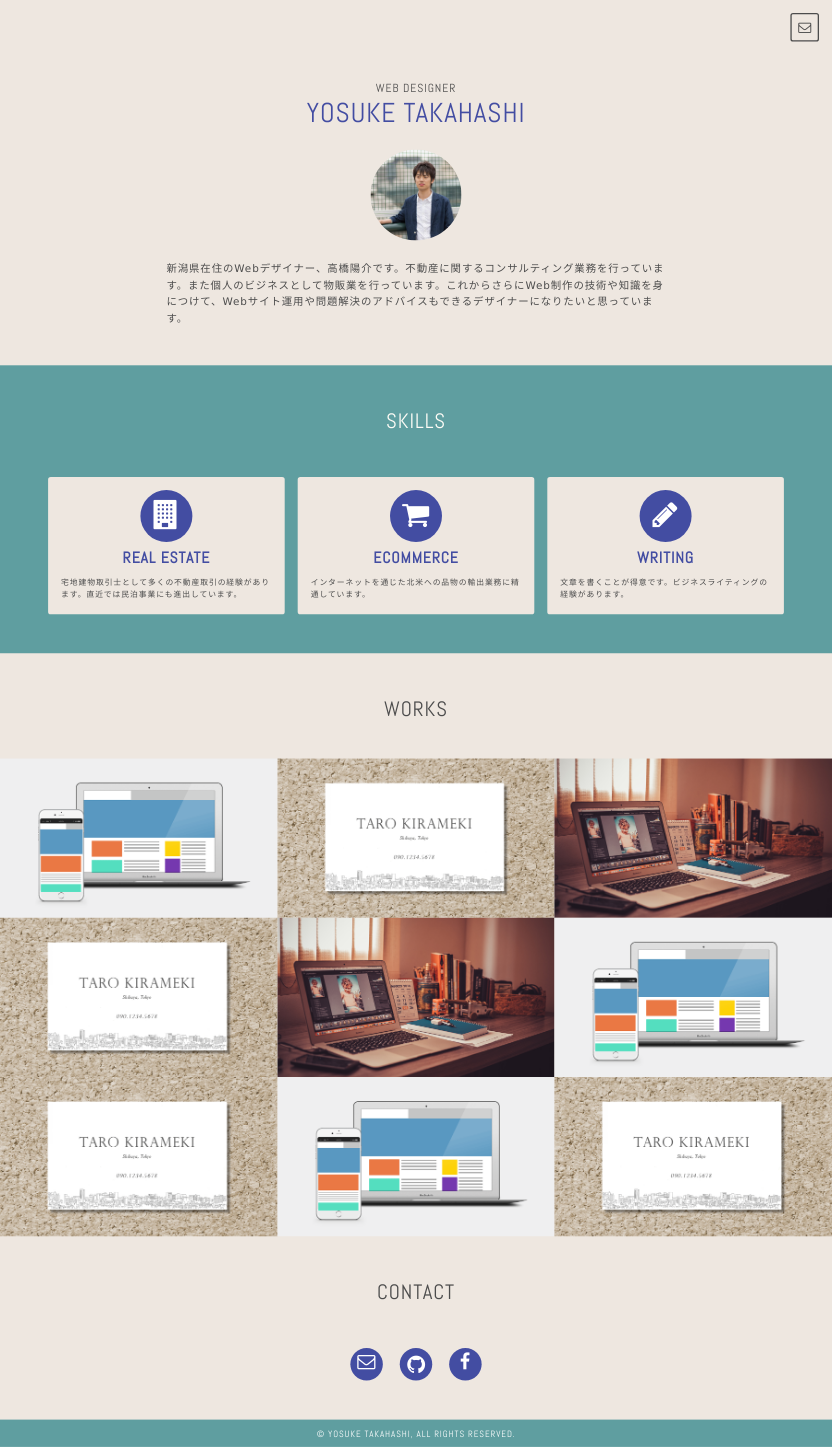
Repository: ysktkhs/responsive-site
Page: environment/portfolio/index.html
The author's editor kept a record of every edit. The page is drawn from the files as they stood at one moment, then again after the next edit.
The browser window is 1280 px wide. The pictures show the whole page, at 65% of full size.
Some web libraries are served in a nearby version.

Above is the page before.

After the next edit:
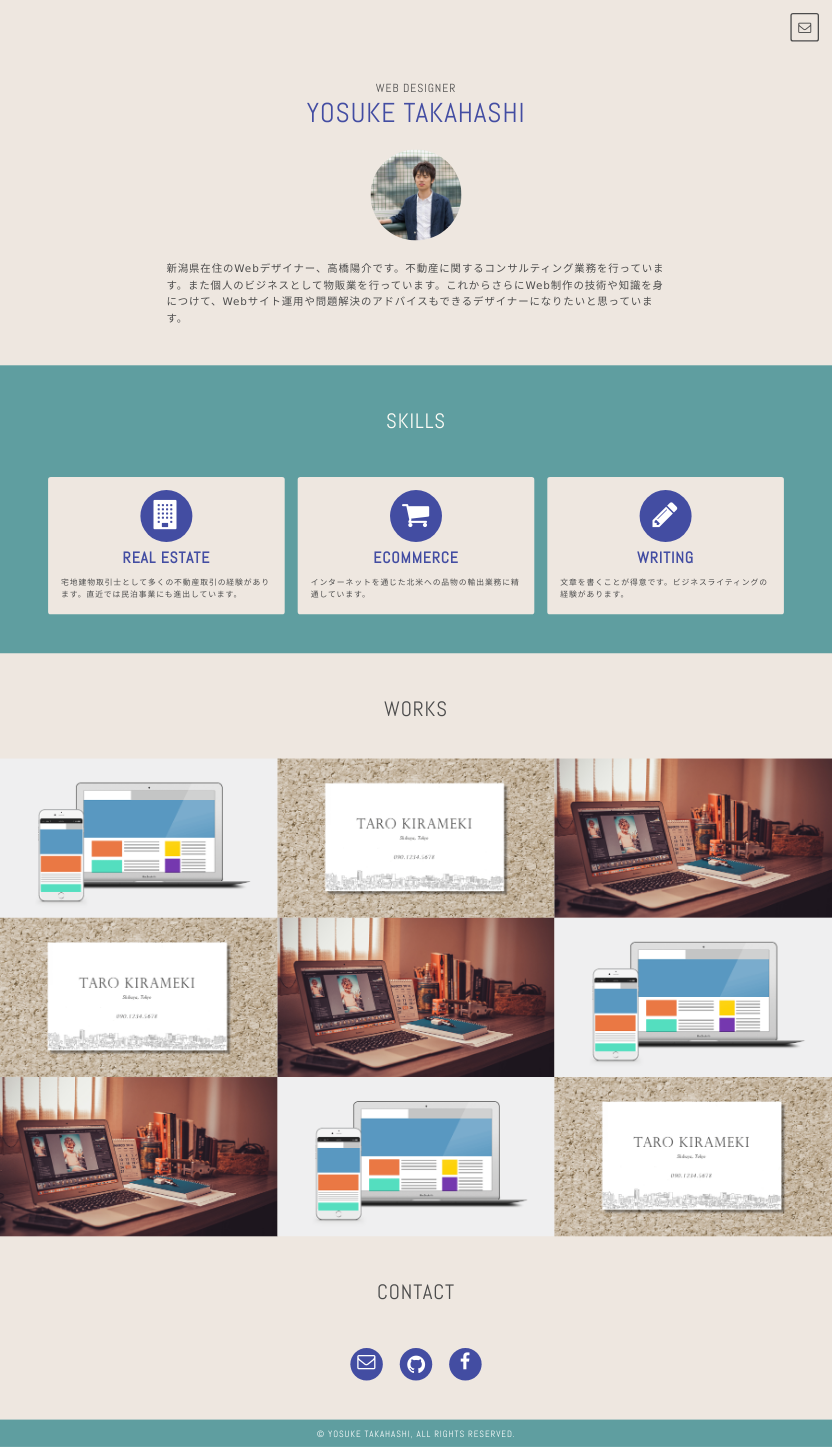
The edit:
--- a/environment/portfolio/index.html
+++ b/environment/portfolio/index.html
@@ -123,7 +123,7 @@
 
             <div class="works-box">
                 <a href="#">
-                <img src="./images/img_work_card.jpg" alt="きらめき太郎様 名刺デザイン">
+                <img src="./images/img_work_blog.jpg" alt="きらめき太郎様 名刺デザイン">
                 <div class="works-box-inner">
                     <div class="text-center">
                         <h3>きらめき太郎様 名刺</h3>
